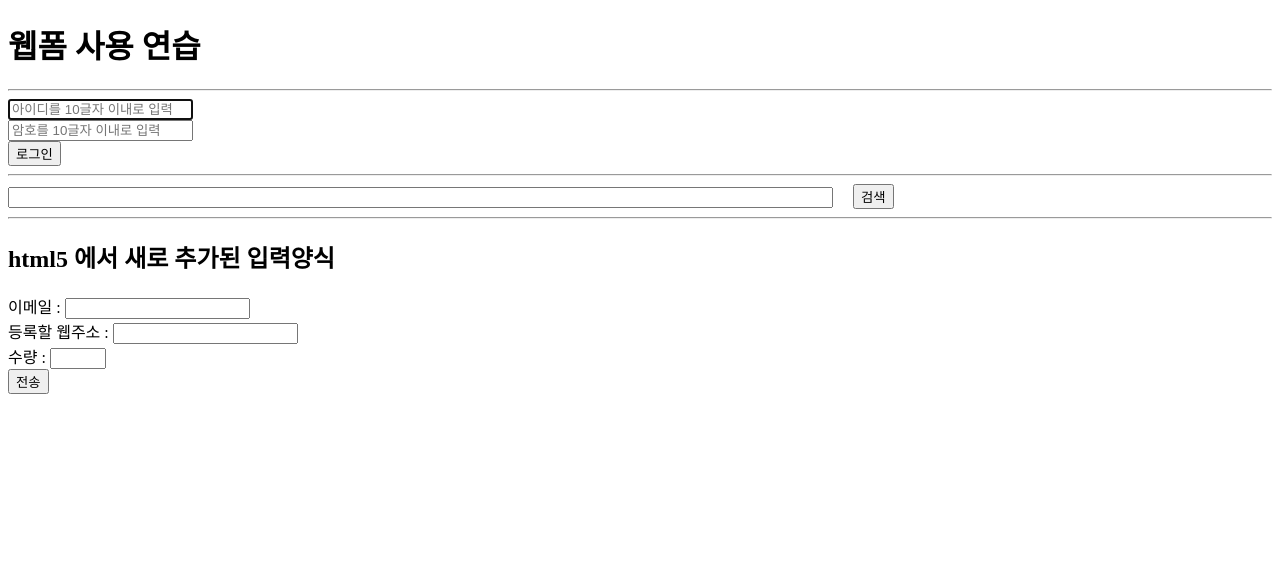
Repository: bianchi112/ict-data
Page: web_workspace/testHTMLProject2/src/main/webapp/views/test/testForm.html
These files come from the project's save history. The page is drawn as it stood at one moment and after the next save; the edit follows.
The browser window is 1280 px wide. The pictures show the whole page.

Above is the page before, as saved 2024-08-16 02:01:57.

### web_workspace/testHTMLProject2/src/main/webapp/views/test/testForm.html
<!DOCTYPE html>
<html>
<head>
<meta charset="UTF-8">
<title>testForm</title>
</head>
<body>
<header>
	<h1>웹폼 사용 연습</h1>
</header>
<hr>
<div id="login_div">
<!-- 서버로 입력값을 전송하기 위해서 사용하는 태그 : form 태그
	 값을 입력받기 위한 input(입력양식) 태그들은 반드시 form 태그안에 작성해야 함
	 속성 :
	 action="서버측의 값받을 클래스명 또는 클래스의  매핑이름"
	 method="값전송방식", GET | POST
	 	- GET : 입력값들이 전송시에 브라우저 상단 URL에 보여짐
	 		request(요청) 객체의 head 영역에 기록이 되기 때문임
	 	- POST : URL 상에 안 보여짐
	 		request 객체의 body 영역에 전송값들이 인코딩되어서 기록되기 때문임
 -->
<form action="result.html" method="post"> <!-- method 속성 생략시 기본 전송방식 get 이 사용됨 -->
<table width="250" cellspacing="0" cellpadding="0">
	<tr><td>
		<input type="text" name="userid" size="20" maxlength="10"
			placeholder="아이디를 10글자 이내로 입력" autofocus autocomplet required>
	</td></tr>
	<tr><td><input type="password" name="userpwd" size="20" maxlength="10"
		placeholder="암호를 10글자 이내로 입력" required></td></tr>
	<tr><td><input type="submit" value="로그인"></td></tr>
	<!-- form 태그 안에 submit(전송버튼)은 1개만 존재해야 함, 전송을 위해 반드시 필요함 -->
</table>
</form>
</div>
<hr>
<div id="search_div">
<form action="result.html method="get">
	<input type="search" name="keyword" size="100"> &nbsp; &nbsp; <input type="submit" value="검색">
</form>
</div>
<hr>
<div>
	<h2>html5 에서 새로 추가된 입력양식</h2>
	<form action="result.html" method ="post">
		이메일 : <input type="email" name="email"> <br>
		등록할 웹주소 : <input type="url" name="weburl"> <br>
		수량 : <input type="number" name="quantity" min="2" max="30" step="2"><br>

		<input type="submit" value="전송">
	</form>
</div>
</body>
</html>

After the next save:
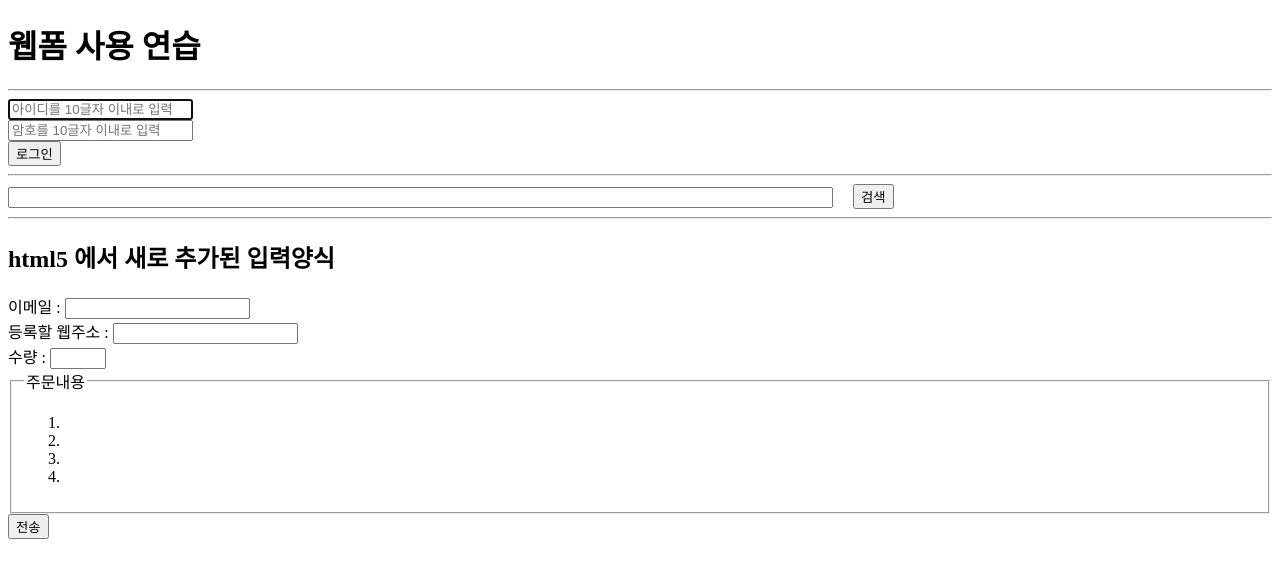
Saved 2 min 51 s later.
--- a/web_workspace/testHTMLProject2/src/main/webapp/views/test/testForm.html
+++ b/web_workspace/testHTMLProject2/src/main/webapp/views/test/testForm.html
@@ -46,6 +46,20 @@
 		이메일 : <input type="email" name="email"> <br>
 		등록할 웹주소 : <input type="url" name="weburl"> <br>
 		수량 : <input type="number" name="quantity" min="2" max="30" step="2"><br>
+		<fieldset>
+		<legend>주문내용</legend>
+		<ol>
+			<li></li>
+			<li></li>
+			<li></li>
+			<li></li>
+		</ol>
+		</fieldset>
+
+
+
+
+
 
 		<input type="submit" value="전송">
 	</form>
